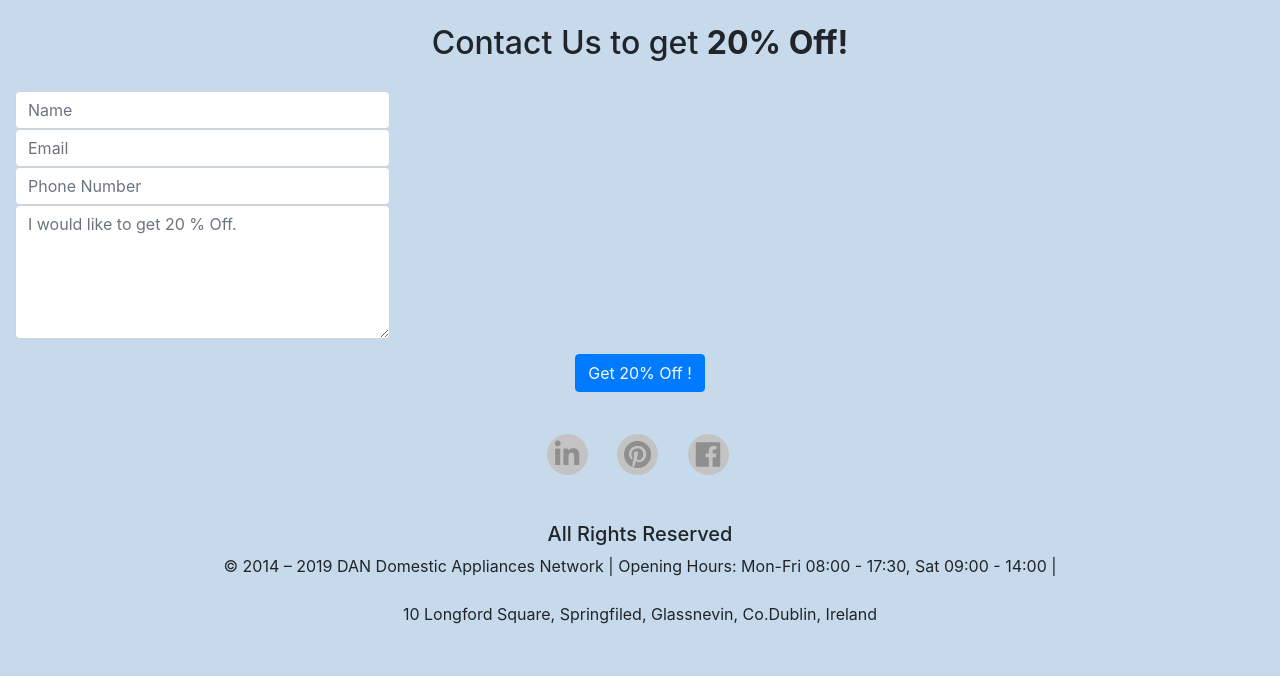
Repository: martynapacula/project-one
Page: index.html
The author's editor kept a record of every edit. The page is drawn from the files as they stood at one moment, then again after the next edit.
The browser window is 1280 px wide. The pictures show the part of the page from y = 4134 to 4810 px (the page is 4810 px tall).
A picture or video elsewhere on the page could not be fetched, so the positions and the page height are approximate.

Above is the page before.

After the next edit:
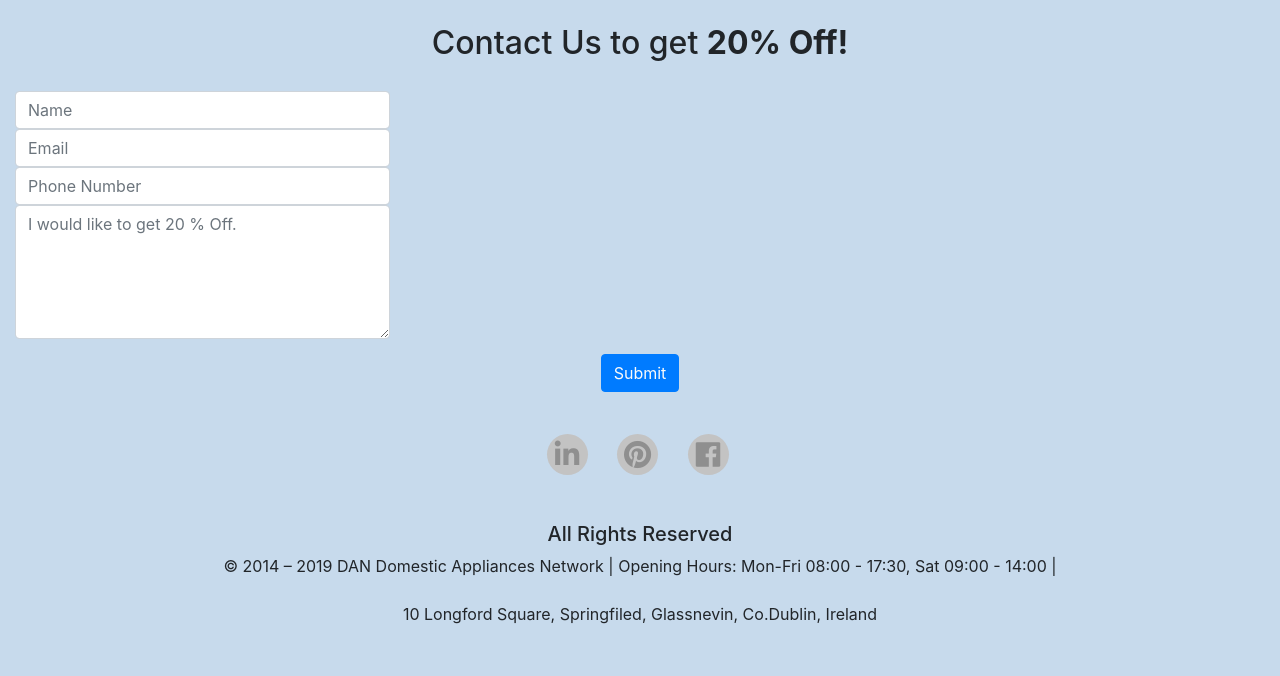
The edit:
--- a/index.html
+++ b/index.html
@@ -207,7 +207,7 @@
                         <textarea rows='5' name="date-venue" id='date-venue' class='form-control' placeholder='I would like to get 20 % Off.' required></textarea>
                         <div class="form-row text-center">
                             <div class="col">
-                                <button type='submit' class='btn btn-primary'>Get 20% Off !</button>
+                                <button type='submit' class='btn btn-primary'>Submit</button>
                             </div>
                         </div>
                     </form>
